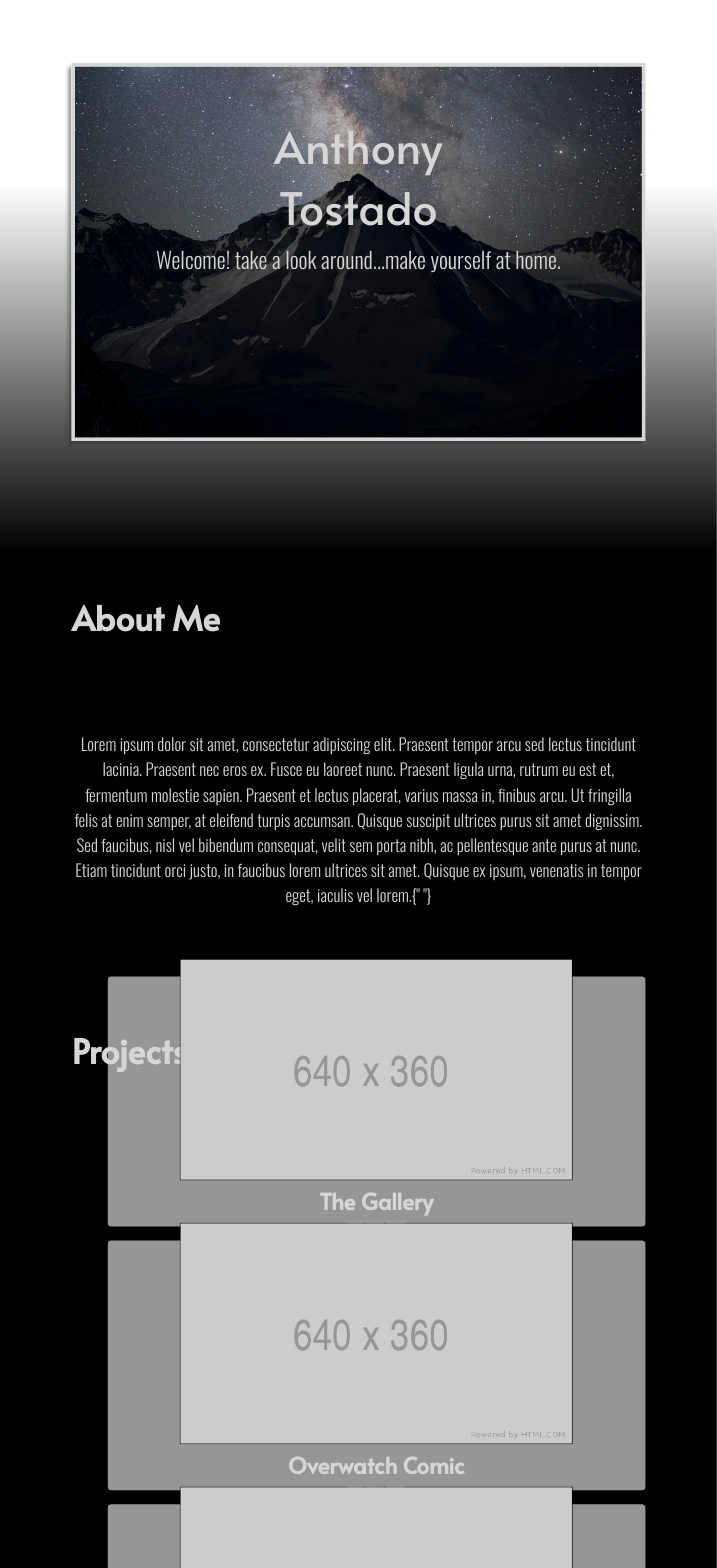
Repository: sloppytony/thenewport
Page: index.html
These files come from the project's save history. The page is drawn as it stood at one moment and after the next save; the edit follows.
The browser window is 1024 px wide. The pictures show the part of the page from y = 0 to 2240 px (the page is 2755 px tall), at 70% of full size.
Some web libraries are served in a nearby version.

Above is the page before, as saved 2020-08-24 18:32:46.

After the next save:
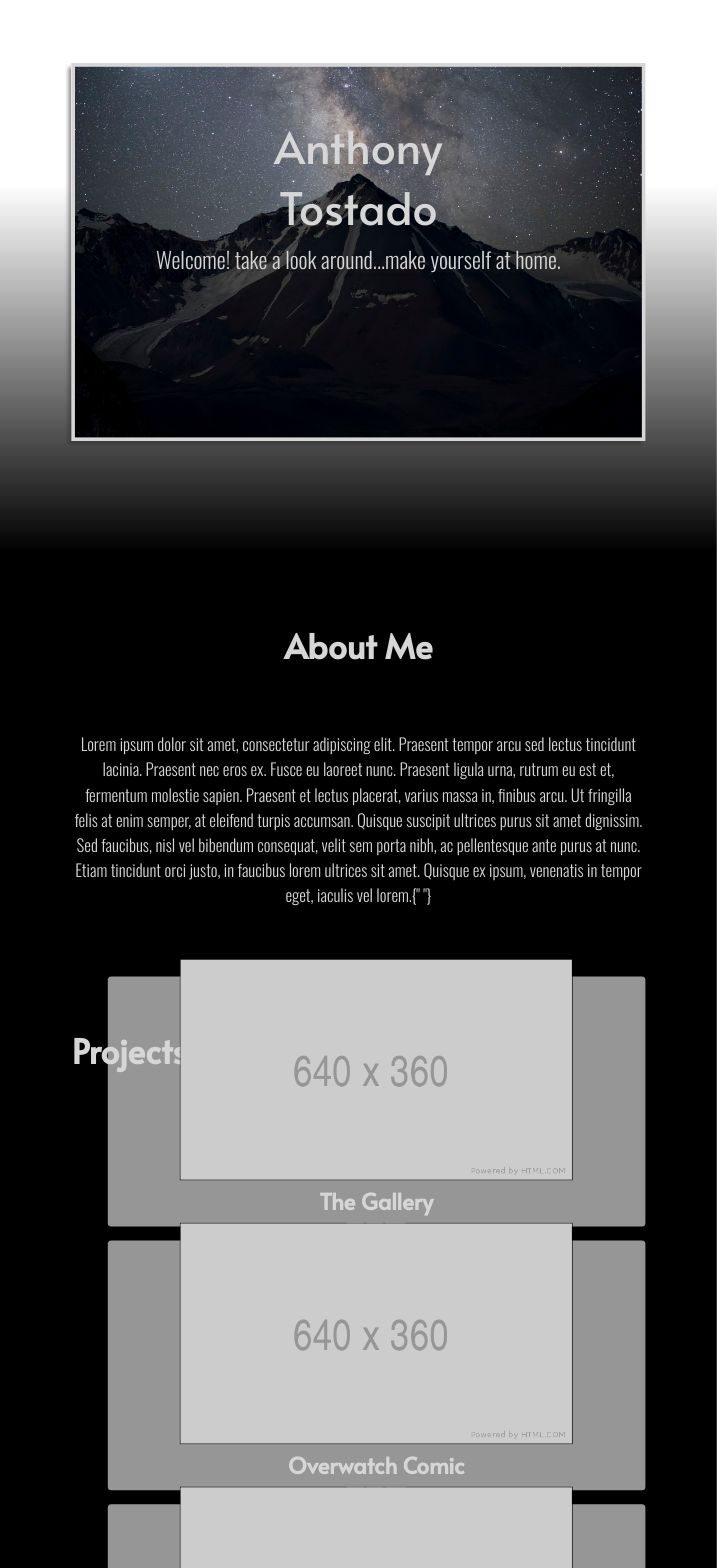
Saved 2 min 22 s later.
--- a/newport.css
+++ b/newport.css
@@ -209,6 +209,11 @@ i {
   body {
     height: 365vh;
   }
+  h1.title {
+    display: flex;
+    justify-content: center;
+    align-items: center;
+  }
 
   .contact {
     font-size: 50%;
